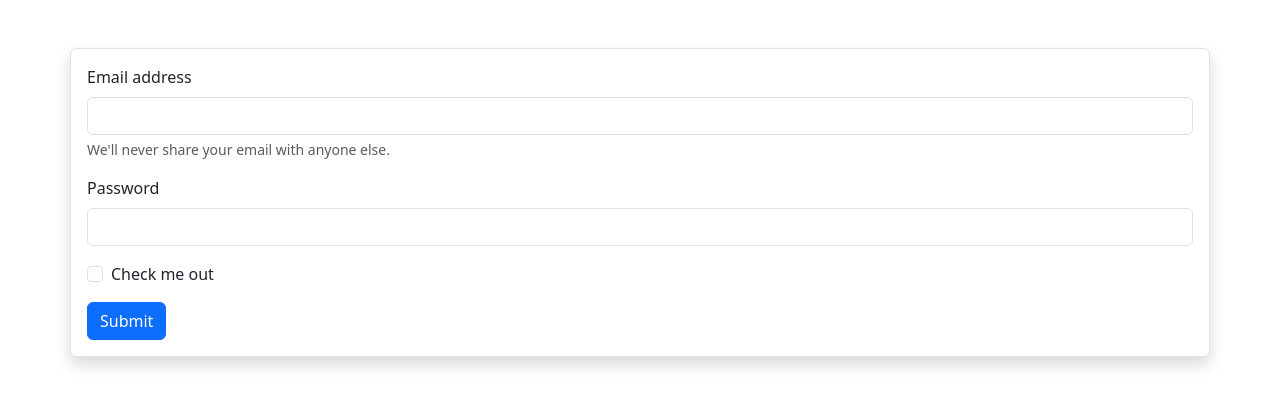
Repository: Ruddro420/laravel-curd-operation
Page: http://localhost/user
The author's editor kept a copy of each file at every save. The page is drawn from the files as they stood at one save, then again after the next save.
The browser window is 1280 px wide. The pictures show the whole page.
The page is served by the project's Laravel application, run on PHP 8.4 with Laravel 12.

Above is the page before, as saved 2024-09-20 20:17:03.

After the next save:
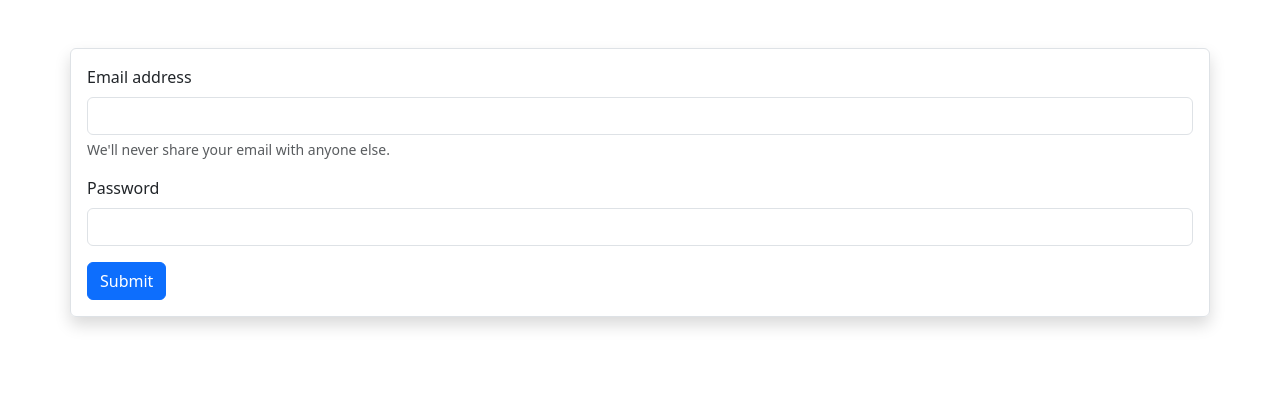
Saved 41 s later.
--- a/resources/views/home.blade.php
+++ b/resources/views/home.blade.php
@@ -16,16 +16,12 @@
                     @csrf
                     <div class="mb-3">
                         <label for="exampleInputEmail1" class="form-label">Email address</label>
-                        <input type="email" class="form-control" id="exampleInputEmail1" aria-describedby="emailHelp">
+                        <input type="email" class="form-control" id="exampleInputEmail1" aria-describedby="emailHelp" name="email">
                         <div id="emailHelp" class="form-text">We'll never share your email with anyone else.</div>
                     </div>
                     <div class="mb-3">
                         <label for="exampleInputPassword1" class="form-label">Password</label>
-                        <input type="password" class="form-control" id="exampleInputPassword1">
-                    </div>
-                    <div class="mb-3 form-check">
-                        <input type="checkbox" class="form-check-input" id="exampleCheck1">
-                        <label class="form-check-label" for="exampleCheck1">Check me out</label>
+                        <input type="password" class="form-control" id="exampleInputPassword1" name="password">
                     </div>
                     <button type="submit" class="btn btn-primary">Submit</button>
                 </form>
